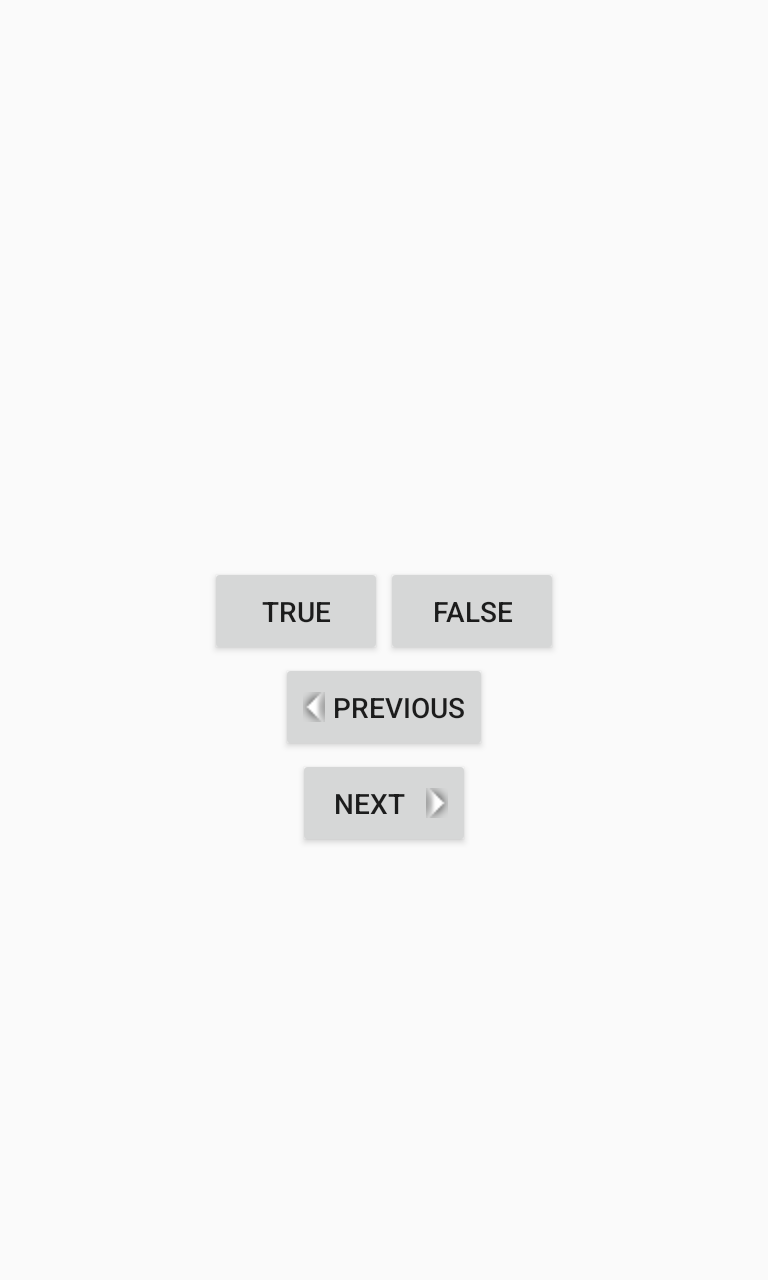
Repository: DaleJulian/AndroidTraining
Layout: GeoQuiz/res/layout/activity_quiz.xml
An editor plug-in stored every save of this project. The layout is shown before and after the next save, followed by the edit.
It is drawn on a 768 x 1280 px phone screen (xhdpi) without system bars, with theme AppTheme; the app's code is not run.

Above is the layout before, as saved 2015-05-26 02:21:19.

### GeoQuiz/res/layout/activity_quiz.xml
<LinearLayout xmlns:android="http://schemas.android.com/apk/res/android"
	android:layout_width="match_parent"
	android:layout_height="match_parent"
	android:gravity="center"
	android:orientation="vertical" >

    <TextView
        android:id="@+id/question_text_view"
        android:layout_width="wrap_content"
        android:layout_height="wrap_content"
        android:padding="24dp"
    />

	<LinearLayout
		android:layout_width="wrap_content"
		android:layout_height="wrap_content"
		android:orientation="horizontal" >
		<Button
			android:id="@+id/true_button"
			android:layout_width="wrap_content"
			android:layout_height="wrap_content"
			android:text="@string/button_true" />
		<Button
		    android:id="@+id/false_button"
			android:layout_width="wrap_content"
			android:layout_height="wrap_content"
			android:text="@string/button_false" />
	</LinearLayout>

	<Button
	    android:id="@+id/previous_button"
	    android:layout_width="wrap_content"
	    android:layout_height="wrap_content"
	    android:drawableLeft="@drawable/arrow_left"
	    android:drawablePadding="4dp"
	    android:text="@string/button_previous" />

	<Button
	    android:id="@+id/next_button"
	    android:layout_width="wrap_content"
	    android:layout_height="wrap_content"
	    android:drawablePadding="4dp"
	    android:drawableRight="@drawable/arrow_right"
	    android:text="@string/button_next" />

</LinearLayout>

### GeoQuiz/res/values/strings.xml
<?xml version="1.0" encoding="utf-8"?>
<resources>

    <string name="app_name">GeoQuiz</string>
    <string name="question_text">Constantinople is the largest city in Turkey</string>
    <string name="button_true">True</string>
    <string name="button_false">False</string>
    <string name="correct_toast">Correct!</string>
    <string name="incorrect_toast">Incorrect!</string>
    <string name="action_settings">Settings</string>
    <string name="button_next">Next</string>
    <string name="button_previous">Previous</string>
	<string name="question_oceans">The Pacific Ocean is larger than the Atlantic Ocean.</string>
	<string name="question_mideast">The Suez Canal connects the Red Sea and the Indian Ocean.</string>
	<string name="question_africa">The source of the Nile River is in Egypt. </string>
	<string name="question_americas">The Amazon River is the longest river in America.</string>
	<string name="question_asia">Lake Baikal is the world\'s oldest and deepest freshwater lake.</string>

</resources>

Loaded but not shown: GeoQuiz/res/values/styles.xml (common file); GeoQuiz/res/values-v11/styles.xml (common file); GeoQuiz/res/values-v14/styles.xml (common file)

After the next save:
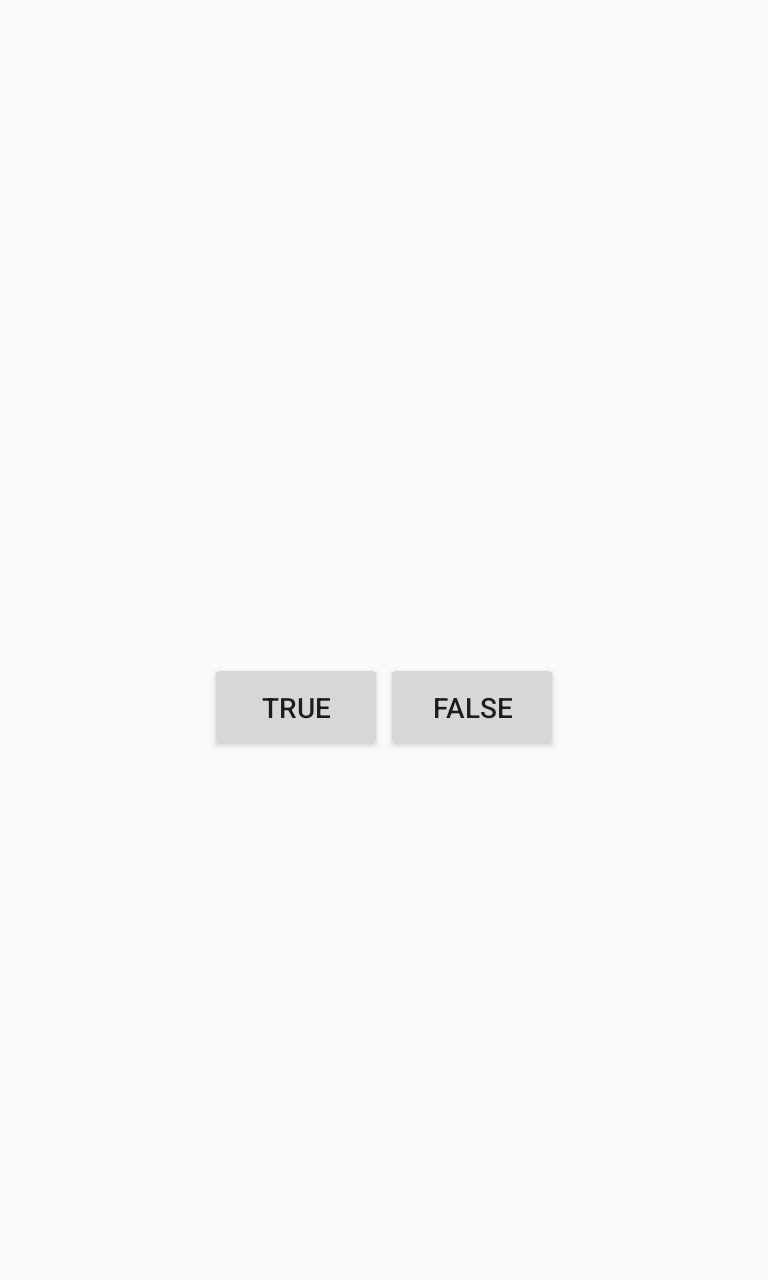
Saved 93 s later.
--- a/GeoQuiz/res/layout/activity_quiz.xml
+++ b/GeoQuiz/res/layout/activity_quiz.xml
@@ -27,20 +27,22 @@
 			android:text="@string/button_false" />
 	</LinearLayout>
 
-	<Button
-	    android:id="@+id/previous_button"
-	    android:layout_width="wrap_content"
-	    android:layout_height="wrap_content"
-	    android:drawableLeft="@drawable/arrow_left"
-	    android:drawablePadding="4dp"
-	    android:text="@string/button_previous" />
+	<LinearLayout>
+		<Button
+		    android:id="@+id/next_button"
+		    android:layout_width="wrap_content"
+		    android:layout_height="wrap_content"
+		    android:drawablePadding="4dp"
+		    android:drawableRight="@drawable/arrow_right"
+		    android:text="@string/button_next" />
 
-	<Button
-	    android:id="@+id/next_button"
-	    android:layout_width="wrap_content"
-	    android:layout_height="wrap_content"
-	    android:drawablePadding="4dp"
-	    android:drawableRight="@drawable/arrow_right"
-	    android:text="@string/button_next" />
+		<Button
+		    android:id="@+id/previous_button"
+		    android:layout_width="wrap_content"
+		    android:layout_height="wrap_content"
+		    android:drawableLeft="@drawable/arrow_left"
+		    android:drawablePadding="4dp"
+		    android:text="@string/button_previous" />
+		</LinearLayout>
 
 </LinearLayout>
